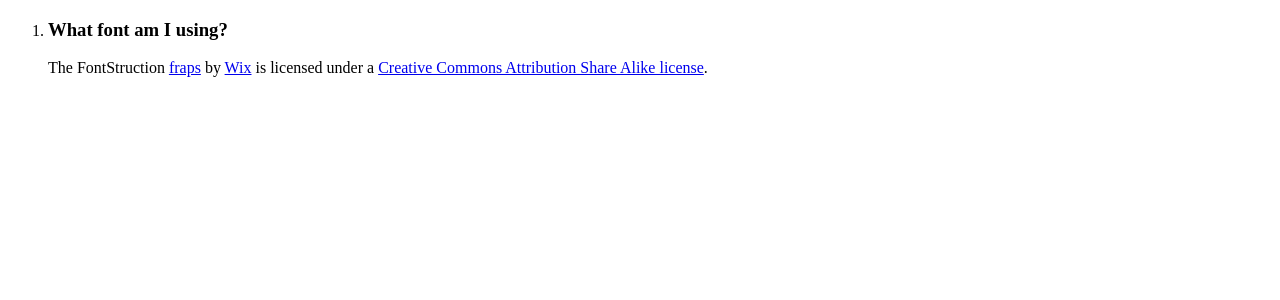
Repository: aliendetonator/fake-fraps-counter
Page: faq.html
The author's editor kept a copy of each file at every save. The page is drawn from the files as they stood at one save, then again after the next save.
The browser window is 1280 px wide. The pictures show the whole page.

Above is the page before, as saved 2023-08-31 04:11:00.

After the next save:
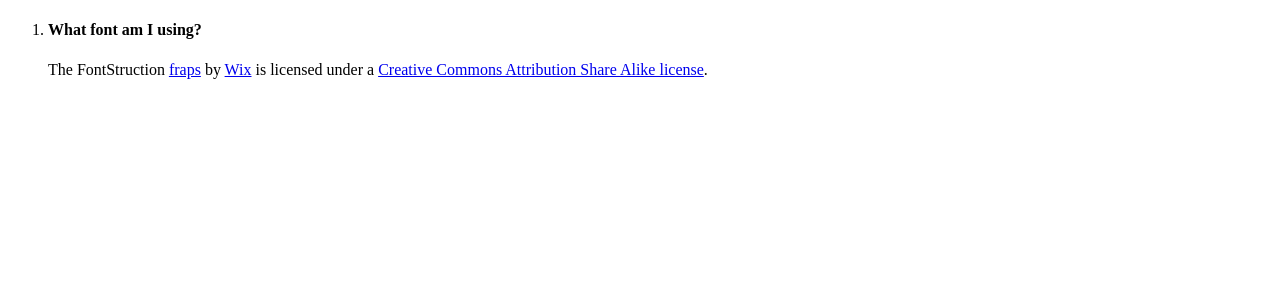
Saved 44 s later.
--- a/faq.html
+++ b/faq.html
@@ -8,7 +8,7 @@
 <body>
     <ol>
         <li>
-            <h3>What font am I using?</h3>
+            <h4>What font am I using?</h4>
             <p>The FontStruction <a
             href="https://fontstruct.com/fontstructions/show/419816)">fraps</a>
             by <a href="https://fontstruct.com/fontstructors/341954/vladislav_sergeevich">Wix</a> is licensed under a

After the save that followed:
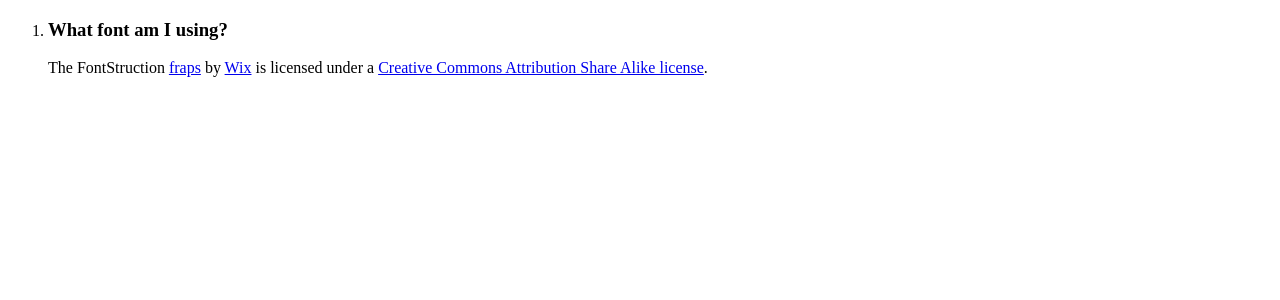
Saved 5 s later.
--- a/faq.html
+++ b/faq.html
@@ -8,7 +8,7 @@
 <body>
     <ol>
         <li>
-            <h4>What font am I using?</h4>
+            <h3>What font am I using?</h3>
             <p>The FontStruction <a
             href="https://fontstruct.com/fontstructions/show/419816)">fraps</a>
             by <a href="https://fontstruct.com/fontstructors/341954/vladislav_sergeevich">Wix</a> is licensed under a
